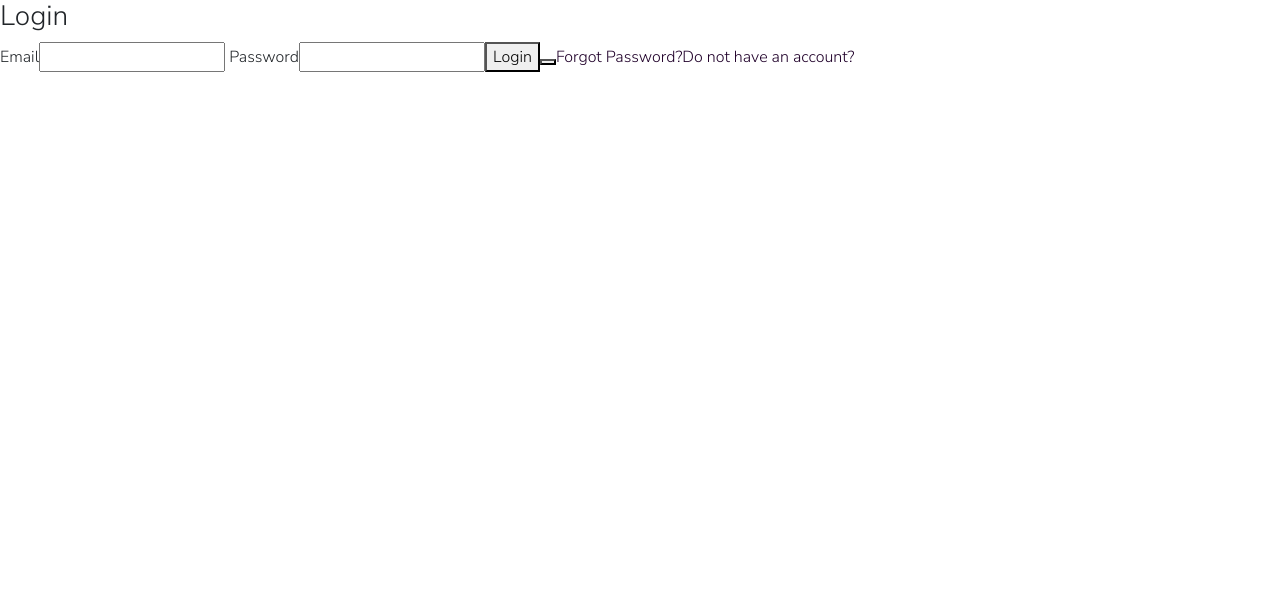
Repository: duzzisantos/rentify
Page: /
These files come from the project's save history. The page is drawn as it stood at one moment and after the next save; the edit follows.
The browser window is 1280 px wide. The pictures show the whole page.
The project was rebuilt for these pictures with package versions that can differ from the ones it lists, and the page was loaded fresh each time. Also part of the build but not shown: src/home.js, src/admin.js, src/auth/auth.js, src/auth/register.js, src/table-component.js, src/edit-property.js, src/tables.js, src/booking.js.

Above is the page before, as saved 2022-05-19 00:28:24.

### src/App.js
import "./App.css";
import "react-bootstrap";
import "bootstrap/dist/css/bootstrap.min.css";
import { Route, Routes } from "react-router-dom";
import Homepage from "./home";
import Admins from "./admin";
import Auth from "./auth/auth";
import Login from "./auth/login";
import Register from "./auth/register";
import Tables from "./tables";
import EditProperty from "./edit-property";
import Booking from "./booking";

function App() {
  return (
    <div className="App">
      {/* <NavBarComponent /> */}
      <Routes>
        <Route path="/" element={<Login />} />
        <Route path="login/*" element={<Login />} />
        <Route path="register/*" element={<Register />} />
        <Route path="auth/*" element={<Auth />} />
        <Route path="auth/home/*" element={<Homepage />} />
        <Route path="auth/admin" element={<Admins />} />
        <Route path="auth/tables/*" element={<Tables />} />
        <Route path="auth/admin/edit-property/:ID" element={<EditProperty />} />
        <Route path="booking/:ID" element={<Booking />} />
      </Routes>
    </div>
  );
}

export default App;

### src/App.css
@import url("https://fonts.googleapis.com/css2?family=Nunito+Sans:wght@300&family=Poppins:wght@200;300&family=Roboto&family=Roboto+Serif:wght@300&family=Ubuntu:wght@300&display=swap");
* {
  font-family: "Nunito Sans", sans-serif;
}
.App {
  /* display: flex;
  flex-direction: column; */
  height: fit-content;
  width: 100%;
}

.hero {
  height: calc(0.25 * 657px);
  background-color: rgb(33, 2, 43);
  width: 100%;
  padding-top: 80px;
  background-image: url("https://i.dlpng.com/static/png/7058604_preview.png");
  background-repeat: no-repeat;
  background-size: cover;
  background-position: 0%;
  filter: grayscale(0);
}

.filter-property {
  height: calc(0.6 * 657px);
  background-color: azure;
  width: 100%;
  color: gray;
  justify-content: center;
  align-items: center;
  bottom: 0;
  padding-top: 40px;
}

.filter-property input {
  text-align: center;
}
#display-results {
  height: 657px;
  background-color: white;
  width: 100%;
  color: gray;
}

#hero-text {
  height: 80%;
  text-align: center;
}

h1 {
  color: white;
  padding-top: 0px;
  font-size: clamp(20px, 55px, 60px);
}

h4,
h6 {
  padding-top: 10px;
  margin-left: 25px;
  font-size: clamp(10px, 15px, 20px);
  color: rgba(0, 0, 0, 0.705);
}

.filter-property span {
  margin-left: 25px;
  margin-top: 10px;
  color: rgba(0, 0, 0, 0.705);
  display: block;
  font-weight: 600;
  font-size: 14px;
}

.filter-property label {
  display: inline-block;
  margin-left: 22px;
  font-size: 13px;
  color: rgba(0, 0, 0, 0.705);
}

.filter-property input[type="checkbox"] {
  display: inline-block;
  margin-left: 5px;
}

#search-btn {
  background-color: transparent;
  border: 1px solid black;
  color: rgba(0, 0, 0, 0.705);
  border-radius: 10px;
  display: block;
  margin-left: 25px;
  margin-top: 10px;
  padding: 6px;
  font-size: 13px;
  width: 70px;
  margin-bottom: 20px;
}

#search-btn:hover {
  border: 1px solid rgb(33, 2, 43);
  color: rgb(33, 2, 43);
}

.link {
  text-decoration-line: none;
  color: white;
  margin: 10px;
}

.links{
  color: rgb(33, 2, 43);
  text-decoration: none;
}
.link:hover {
  color: gray;
}

tr .link {
  text-decoration-line: none;
  color: rgba(0, 0, 0, 0.705);
  margin: 10px;
}

tr .link:hover {
  color: rgb(33, 2, 43);
}

.admin-container,
.edit-container {
  height: fit-content;
  padding-top: 80px;
  display: flex;
  flex-direction: column;
  width: 100%;
  justify-content: center;
  align-items: center;
}

.admin-container h2,
.admin-container h6,
.edit-container h6 {
  text-align: center;
}

.admin-container h2,
.edit-container h2 {
  color: rgba(0, 0, 0, 0.705);
  padding: 25px;
}

.admin-container form,
.edit-container form {
  padding-top: 20px;
  width: 450px;
  margin-left: 0;
  display: block;
  background-color: azure;
  display: flex;
  flex-direction: column;
  margin-bottom: 20px;
  border-radius: 15px;
}

.admin-container input,
.edit-container input {
  display: block;
  border: 1px solid rgb(212,212,212);
  border-radius: 15px;
  width: 300px;
  font-size: small;
  text-indent: 5px;
  margin-left: 15%;
}

.admin-container label,
.admin-container span,
.edit-container label,
.edit-container span {
  display: block;
  font-size: small;
  margin-top: 10px;
  margin-left: 15%;
}

#admin-btn {
  border-radius: 15px;
  border: 1px solid transparent;
  margin-bottom: 15px;
  margin-top: 15px;
  color: white;
  background-color: #25D366;
  display: block;
  font-size: small;
  margin-left: 15%;
  width: 100px;
  padding: 4px;
}


.display-data {
  height: fit-content;
  background-color: rgb(33, 2, 43);
  padding-top: 80px;
  color: whitesmoke;
  display: flex;
  flex-direction: column;
}

.display-data h2,
.display-data h6 {
  text-align: center;
  color: whitesmoke;
}

.photos {
  margin-top: 5px;
}

.photos::placeholder {
  font-size: small;
  text-indent: 5px;
}

#search {
  margin-bottom: 15px;
  width: 300px;
  border: 1px solid rgb(212,212,212);
  border-radius: 15px;
  outline: none;
  padding: 4px;
  margin-left: 40%;
  /* margin-left: 19%; * for media query max-width 550px */
}

#search::placeholder {
  font-size: small;
  text-align: center;
}

input {
  outline: none;
}
.database {
  height: fit-content;
  background-color: azure;
  margin-top: 10px;
}

#delete {
  background-color: transparent;
  border: 1px solid #eb5e55;
  color: black;
  border-radius: 5px;
}

#data-reference {
  width: 950px;
  display: inline-block;
  overflow: hidden;
}

#data-reference ol li {
  margin-bottom: 12px;
}
#update-dialog input {
  width: 300px;
  margin-top: 3px;
  display: block;
}

#final-update {
  background-color: rgb(33, 2, 43);
  border: 1px solid transparent;
  color: whitesmoke;
  margin-bottom: 10px;
}

h4,
#display-results span {
  text-align: center;
}

#display-results {
  width: 100%;
  height: fit-content;
  border: 1px solid azure;
}

.one-result {
  width: 100%;
  height: fit-content;
  border: 1px solid whitesmoke;
}

.image-holder {
  height: fit-content;
  width: fit-content;
  border: 1px solid whitesmoke;
  display: flex;
  flex-direction: row;
  flex-wrap: wrap;
  margin-left: 80px;
}

.image-holder img {
  background-repeat: no-repeat;
  background-size: cover;
  height: 140px;
  width: 185px;
  margin: 5px;
  border: 1px solid whitesmoke;
  background-size: cover;
  background-position: center;
  transition: transform 0.5s;
}

.image-holder img:hover {
  transform: scale(1.3);
}
tr img {
  height: 30px;
  width: 40px;
  border: 1px solid whitesmoke;
  background-size: cover;
  background-position: center;
  transition: transform 0.5s;
}

tr img:hover {
  transform: scale(3);
}

.primary-details li {
  font-size: small;
  margin-left: 60px;
}
.primary-details li:nth-child(1) {
  margin-top: 10px;
}
.amenities li {
  list-style-type: none;
  display: inline-block;
  justify-content: space-between;
  margin: 8px;
  margin-left: 50px;
  font-size: small;
}

.booking {
  border: 1px solid rgb(33, 2, 43);
  color: rgb(33, 2, 43);
  background-color: transparent;
  margin-left: 3px;
  border-radius: 15px;
  font-size: 11px;
  margin-bottom: 10px;
}

.isAvailable {
  background-color: #25D366;
  border: 1px solid transparent;
  border-radius: 15px;
  color: white;
  font-size: 11px;
  margin-bottom: 5px;
  margin-left: 80px;
}

.booking-wrapper{
  height: fit-content;
  width: 100%;
  display: flex;
  flex-direction: column;
  justify-content: center;
  align-items: center;
  padding-top: 80px;
}

.my-booking{
  height: 500px;
  width: 400px;
  background-color: azure;
  border-radius: 15px;
}

.my-booking form{
  display: flex;
  flex-direction: column;
}
.my-booking label{
  margin-left: 50px;
  margin-top: 15px;
}
.my-booking input{
  width: 300px;
  margin-left: 50px;
  border-radius: 15px;
  margin-bottom: 5px;
  border: 1px solid rgb(212,212,212);
  text-indent: 10px;
}
.account-display {
  margin-top: 200px;
  margin-left: 35%;
  display: flex;
  flex-direction: column;
  height: 350px;
  width: 400px;
  background-color: rgb(33, 2, 43);
  border-top-left-radius: 50px;
  border-bottom-right-radius: 50px;

  /* margin-left: 36%;
  margin-top: calc(37% / 5); */
}

.account-display .account-nav {
  list-style-type: none;
  display: flex;
  flex-direction: row;
  margin-bottom: 25px;
  margin-top: 10px;
  margin-left: 210px;
}

.account-display .account-nav .links {
  text-decoration-line: none;
  color: whitesmoke;
  margin-left: 20px;
  font-size: small;
}

.account-nav .links:hover {
  color: gray;
}

.account-form-wrapper {
  height: 200px;
  width: 400px;
  display: flex;
  flex-direction: column;
  background-color: rgb(33, 2, 43);
  color: whitesmoke;
  /* border-top-left-radius: 50px;
  border-bottom-right-radius: 50px; */
}

.account-form-wrapper h3 {
  text-align: center;
  margin-bottom: 30px;
}

.account-form-wrapper form {
  display: flex;
  flex-direction: column;
  width: 80%;
  margin-left: 10%;
}

.account-form-wrapper input {
  margin-bottom: 20px;
  border-radius: 10px;
  border: 1px solid transparent;
}

.account-form-wrapper button {
  margin: 20px 10px 0px 0px;
  width: 30%;
  border: 1px solid whitesmoke;
  background-color: transparent;
  border-radius: 50px;
  color: whitesmoke;
}

.account-form-wrapper .account-nav .links {
  color: whitesmoke;
  text-decoration: none;
  list-style-type: none;
}

.list-wrapper {
  padding-top: 80px;
  width: 99%;
  height: fit-content;
}

.auth-container{
  height: 80px;
  width: 100%;
  background-color: rgb(33, 2, 43);
}

### src/auth/login.js
import React, { useEffect, useState } from "react";
import { Link, useNavigate } from "react-router-dom";
import {
  auth,
  logInWithEmailAndPassword,
  signInWithGoogle,

} from "./firebase";
// import { signInWithFacebook } from "./facebook-auth";
import { useAuthState } from "react-firebase-hooks/auth";
import "../App.css";
const Login = () => {
  const [email, setEmail] = useState("");
  const [password, setPassword] = useState("");
  const [user, loading] = useAuthState(auth);

  const navigate = useNavigate();

  useEffect(() => {
    if (loading) {
      return;
    }
    if (user) navigate("/auth/home");
  });
  return (
    <div className="login">
      <div className="login-container">
        <h3>Login</h3>
        <label htmlFor="login-email">Email</label>
        <input
          type="text"
          id="login-email"
          value={email}
          onChange={(e) => setEmail(e.target.value)}
        />{" "}
        <label htmlFor="login-password">Password</label>
        <input
          type="password"
          id="login-password"
          value={password}
          onChange={(e) => setPassword(e.target.value)}
        />
        <button
          className="login-btn"
          onClick={() => logInWithEmailAndPassword(email, password)}
        >
          Login
        </button>
        <button className="google" onClick={signInWithGoogle}></button>
        <span className="login-span">
          <Link to="reset" className="links">
            Forgot Password?
          </Link>
        </span>
        <span className="login-span">
          <Link to="register" className="links">
            Do not have an account?
          </Link>
        </span>
      </div>
    </div>
  );
};

export default Login;

### src/auth/firebase.js
// Import the functions you need from the SDKs you need
import { initializeApp } from "firebase/app";
import {
  GoogleAuthProvider,
  getAuth,
  signInWithPopup,
  createUserWithEmailAndPassword,
  sendPasswordResetEmail,
  signOut,
  signInWithEmailAndPassword,
  FacebookAuthProvider,
  GithubAuthProvider,
} from "firebase/auth";

import {
  getFirestore,
  query,
  getDocs,
  collection,
  where,
  addDoc,
} from "firebase/firestore";

const firebaseConfig = {
  apiKey: "AIzaSyBq7ZNJVq1t_7de0pP81LbAvlPEPQxA0vo",
  authDomain: "rentify-auth.firebaseapp.com",
  projectId: "rentify-auth",
  storageBucket: "rentify-auth.appspot.com",
  messagingSenderId: "445797736646",
  appId: "1:445797736646:web:41143314a017117dcc77c7",
  measurementId: "G-53M80TPLJK",
};

// Initialize Firebase
const app = initializeApp(firebaseConfig);
const auth = getAuth(app);
const db = getFirestore(app);
const provider = new FacebookAuthProvider();
provider.addScope("user_birthday");
provider.setCustomParameters({
  display: "popup",
});

const googleProvider = new GoogleAuthProvider();
const signInWithGoogle = async () => {
  try {
    const res = await signInWithPopup(auth, googleProvider);
    const user = res.user;
    const q = query(collection(db, "users"), where("uid", "==", user.uid));
    const docs = await getDocs(q);
    if (docs.docs.length === 0) {
      await addDoc(collection(db, "users"), {
        uid: user.uid,
        name: user.displayName,
        authProvider: "google",
        email: user.email,
      });
    }
  } catch (err) {
    console.log(err);
  }
};

//Facebook authentication

const signInWithFacebook = async () => {
  try {
    const res = await signInWithPopup(auth, provider);
    const user = res.user;
    const q = query(collection(db, "users"), where("uid", "==", user.uid));
    const docs = await getDocs(q);
    if (docs.docs.length === 0) {
      await addDoc(collection(db, "users"), {
        uid: user.uid,
        name: user.displayName,
        authProvider: "facebook",
        email: user.email,
        photo: user.photoURL,
      });
    }
  } catch (err) {
    console.log(err);
  }
};

const gitProvider = new GithubAuthProvider();
gitProvider.addScope("user");
gitProvider.setCustomParameters({
  allow_signup: "false",
});
const signInUsingGithub = async () => {
  try {
    const res = await signInWithPopup(auth, gitProvider);
    const user = res.user;
    const q = query(collection(db, "users"), where("uid", "==", user.uid));
    const docs = await getDocs(q);
    if (docs.docs.length === 0) {
      await addDoc(collection(db, "users"), {
        uid: user.uid,
        name: user.displayName,
        authProvider: "github",
        email: user.email,
        photo: user.photoURL,
      });
    }
  } catch (err) {
    console.log(err);
  }
};

const logInWithEmailAndPassword = async (email, password) => {
  try {
    await signInWithEmailAndPassword(auth, email, password);
  } catch (err) {
    alert("Either Email or Password is incorrect!");
    console.log(err);
  }
};

const registerWithEmailAndPassword = async (name, email, password) => {
  try {
    const res = await createUserWithEmailAndPassword(auth, email, password);
    const user = res.user;
    await addDoc(collection(db, "users"), {
      uid: user.uid,
      name,
      authProvider: "google",
      email,
    });
  } catch (err) {
    console.log(err);
  }
};

const sendPasswordReset = async (email) => {
  try {
    await sendPasswordResetEmail(auth, email);
    console.log("Password reset link sent!");
  } catch (err) {
    console.log(err);
  }
};

const logout = () => {
  signOut(auth);
};

export {
  auth,
  db,
  signInWithGoogle,
  signInWithFacebook,
  signInUsingGithub,
  logInWithEmailAndPassword,
  registerWithEmailAndPassword,
  sendPasswordReset,
  logout,
};

Loaded but not shown: public/index.html (common file); src/index.js (common file); src/index.css (common file)

After the next save:
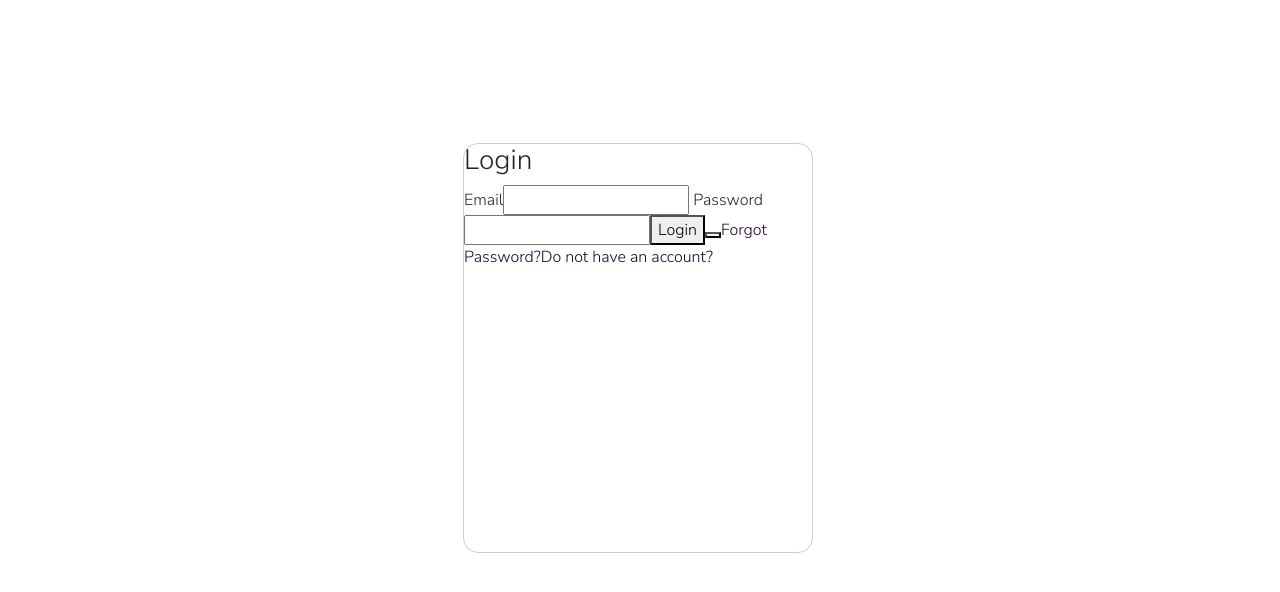
Saved 2 min 48 s later.
--- a/src/App.css
+++ b/src/App.css
@@ -489,3 +489,34 @@ tr img:hover {
   width: 100%;
   background-color: rgb(33, 2, 43);
 }
+
+.login,
+.register,
+.reset {
+  height: 645px;
+  width: 99.7%;
+  display: -webkit-box;
+  display: -ms-flexbox;
+  display: flex;
+  -webkit-box-orient: vertical;
+  -webkit-box-direction: normal;
+      -ms-flex-direction: column;
+          flex-direction: column;
+  -webkit-box-pack: center;
+      -ms-flex-pack: center;
+          justify-content: center;
+  -webkit-box-align: center;
+      -ms-flex-align: center;
+          align-items: center;
+  bottom: 0;
+}
+
+.login-container,
+.register-container,
+.reset-container {
+  height: 410px;
+  width: 350px;
+  border: 1px solid #d1c7d1;
+  border-radius: 15px;
+  margin-top: 50px;
+}
